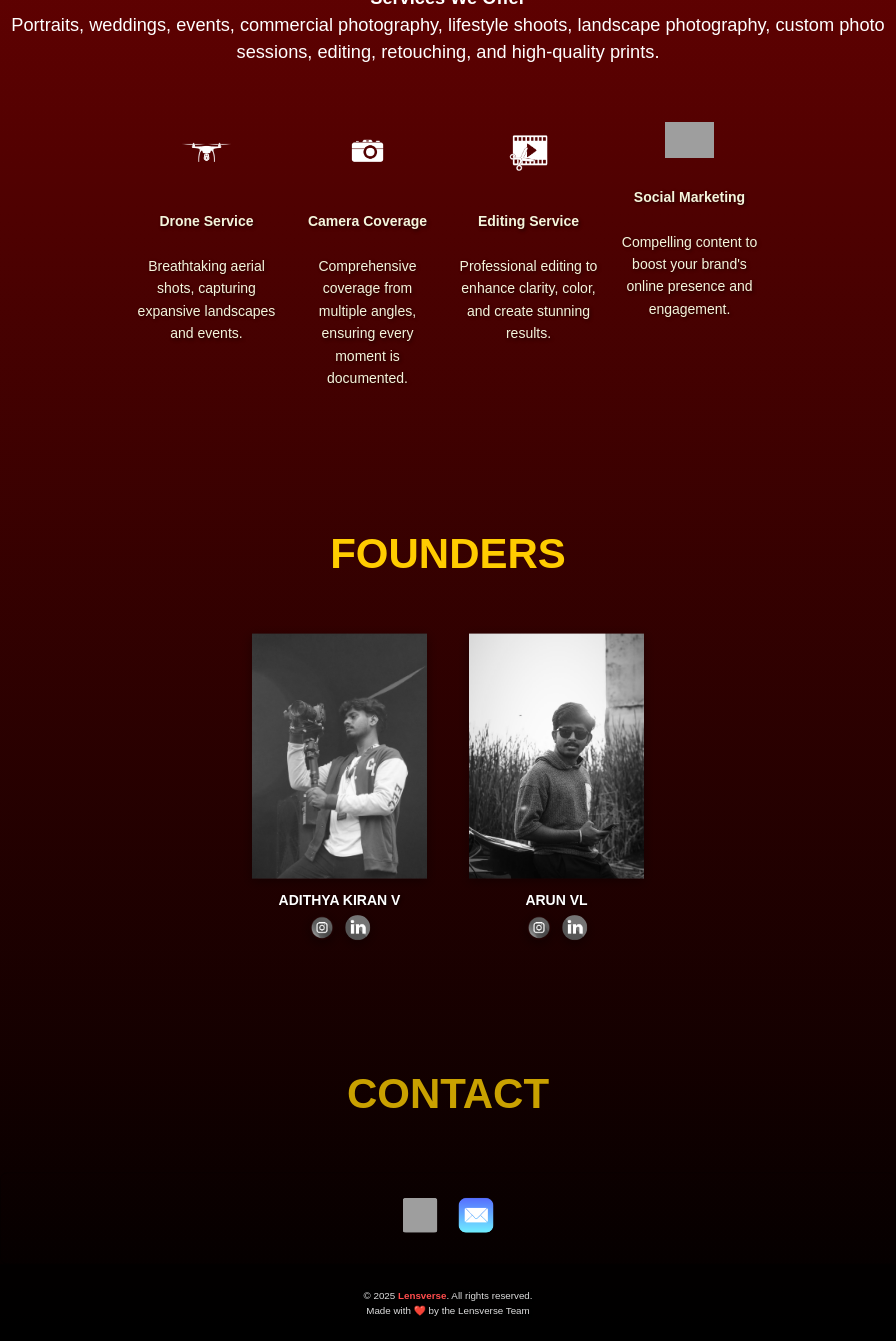
Repository: adithyakiran47/lensverse-frontend
Page: / (app in frontend/)
The author's editor kept a copy of each file at every save. The page is drawn from the files as they stood at one save, then again after the next save.
The browser window is 1280 px wide. The pictures show the part of the page from y = 1363 to 3283 px (the page is 3279 px tall before and 3283 px after), at 70% of full size.
Pictures or frames that could not be fetched are drawn as grey boxes. The project was rebuilt for these pictures with package versions that can differ from the ones it lists, and the page was loaded fresh each time. Also part of the build but not shown: frontend/src/components/BookingForm.js.

Above is the page before, as saved 2025-06-20 14:23:26.

### frontend/public/index.html
<!DOCTYPE html>
<html lang="en">
  <head>
    <meta charset="utf-8" />
    <link rel="icon" href="%PUBLIC_URL%/favicon.ico" />
    <meta name="viewport" content="width=device-width, initial-scale=1" />
    <meta name="theme-color" content="#000000" />
    <meta
      name="description"
      content="Web site created using create-react-app"
    />
    <link rel="apple-touch-icon" href="%PUBLIC_URL%/logo192.png" />
    <!--
      manifest.json provides metadata used when your web app is installed on a
      user's mobile device or desktop. See https://developers.google.com/web/fundamentals/web-app-manifest/
    -->
    <link rel="manifest" href="%PUBLIC_URL%/manifest.json" />
    <!--
      Notice the use of %PUBLIC_URL% in the tags above.
      It will be replaced with the URL of the `public` folder during the build.
      Only files inside the `public` folder can be referenced from the HTML.

      Unlike "/favicon.ico" or "favicon.ico", "%PUBLIC_URL%/favicon.ico" will
      work correctly both with client-side routing and a non-root public URL.
      Learn how to configure a non-root public URL by running `npm run build`.
    -->
    <title>React App</title>
  </head>
  <body>
    <noscript>You need to enable JavaScript to run this app.</noscript>
    <div id="root"></div>
    <!--
      This HTML file is a template.
      If you open it directly in the browser, you will see an empty page.

      You can add webfonts, meta tags, or analytics to this file.
      The build step will place the bundled scripts into the <body> tag.

      To begin the development, run `npm start` or `yarn start`.
      To create a production bundle, use `npm run build` or `yarn build`.
    -->
      <footer class="footer">
  <div class="footer-content">
    <p>© 2025 <strong>Lensverse</strong>. All rights reserved.</p>
    <p>Made with ❤️ by the Lensverse Team</p>
  </div>
</footer>

  </body>
</html>

### frontend/src/App.js
import React, { useState } from 'react';
import './App.css';

import Header from './components/Header';
import Banner from './components/Banner';
import About from './components/About';
import Services from './components/Services';
import Team from './components/Team';
import Contact from './components/Contact';
import BookingForm from './components/BookingForm';


function App() {
  const [showForm, setShowForm] = useState(false);

  return (
    <>
      <Header />
      <Banner onBookClick={() => setShowForm(true)} />
      <About />
      <Services />
      <Team />
      <Contact />

      {showForm && (
        <div className="popup-backdrop">
          <div className="popup-form">
            <button className="close-btn" onClick={() => setShowForm(false)}>✖</button>
            <BookingForm onSuccess={() => setShowForm(false)} />
          </div>
        </div>
      )}
    </>
  );
}

export default App;

### frontend/src/App.css
.App {
  text-align: center;
}

.App-logo {
  height: 40vmin;
  pointer-events: none;
}

@media (prefers-reduced-motion: no-preference) {
  .App-logo {
    animation: App-logo-spin infinite 20s linear;
  }
}

.App-header {
  background-color: #282c34;
  min-height: 100vh;
  display: flex;
  flex-direction: column;
  align-items: center;
  justify-content: center;
  font-size: calc(10px + 2vmin);
  color: white;
}

.App-link {
  color: #61dafb;
}

@keyframes App-logo-spin {
  from {
    transform: rotate(0deg);
  }
  to {
    transform: rotate(360deg);
  }
}
.popup-backdrop {
  position: fixed;
  top: 0;
  left: 0;
  height: 100%;
  width: 100%;
  background: rgba(0, 0, 0, 0.7);
  display: flex;
  align-items: center;
  justify-content: center;
  z-index: 999;
}

.popup-form {
  background: white;
  padding: 30px;
  border-radius: 10px;
  width: 500px;
  position: relative;
  box-shadow: 0 8px 20px rgba(0, 0, 0, 0.3);
}

.close-btn {
  position: absolute;
  top: 10px;
  right: 15px;
  background: none;
  border: none;
  font-size: 20px;
  cursor: pointer;
}
.banner {
  display: flex;
  justify-content: space-between;
  align-items: center;
  padding: 40px;
  max-width: 1200px;
  margin: auto;
}

.banner h2 {
  font-size: 2rem;
  margin-bottom: 10px;
}

.banner p {
  font-size: 1.1rem;
  margin-bottom: 20px;
}

.banner button {
  padding: 10px 20px;
  background-color: #003f70;
  color: white;
  border: none;
  border-radius: 5px;
  cursor: pointer;
  font-size: 1rem;
}

.banner img {
  max-width: 150px;
  height: auto;
}

.banner-left {
  flex: 1;
  padding-right: 20px;
}

.banner-right {
  flex: 0 0 200px;
  display: flex;
  justify-content: center;
  align-items: center;
}
/* App.css */
body {
  margin: 0;
  padding: 0;
  background: linear-gradient(to bottom, #a00202, #000000);
  font-family: 'Segoe UI', Tahoma, Geneva, Verdana, sans-serif;
  color: white;
}

.footer {
  background: rgba(0, 0, 0, 0.6);
  padding: 30px 20px;
  text-align: center;
  color: #ddd;
  font-family: "Montserrat", sans-serif;
  font-size: 14px;
  /*border-top: 1px solid rgba(255, 255, 255, 0.1);*/
}

.footer-content p {
  margin: 6px 0;
  text-shadow: 1px 1px 4px rgba(0, 0, 0, 0.5);
}

.footer-content strong {
  color: #ff4c4c;
}

### frontend/src/components/Header.js
// src/components/Header.js
import React from 'react';
import './Header.css'; // We'll create this next

const Header = () => {
  return (
    <div id="header">
      <div className="container">
        <div className="head1">
          <h1>LENSVERSE</h1>
        </div>
      </div>
    </div>
  );
};

export default Header;

### frontend/src/components/Banner.js
import React from 'react';
import './Banner.css';

const Banner = ({ onBookClick }) => {
  return (
    <div id="banner">
      <div className="container">
        <div className="banner-wrapper">
          <div className="banner-left">
            <h2 className="cap">Capturing every moment with precision</h2>
            <p>Lensverse, your coverage team in action!</p>
            <div className="from">
              <button onClick={onBookClick}>BOOK</button>
            </div>
          </div>
          <div className="banner-right">
            <img src="channel logo new transparent.png" alt="Lensverse Banner" />
          </div>
        </div>
      </div>
    </div>
  );
};

export default Banner;

### frontend/src/components/About.js
import React from 'react';
import './About.css';

const About = () => {
  return (
    <div id="about">
      <div className="container">
        <div className="about-wrapper">
          <div className="about-content">
            <h2>About Us - LENSVERSE</h2>
            <p><em>Live and breathe photography, capturing moments that tell stories and evoke emotions.</em></p>
            <ul>
              <li><b>Storytellers:</b> We capture moments that speak volumes.</li>
              <li><b>Creative Vision:</b> Blending tradition with innovation for unique images.</li>
              <li><b>Top-Tier Quality:</b> Using the latest gear for stunning, high-quality photos.</li>
            </ul>
          </div>
        </div>
      </div>
    </div>
  );
};

export default About;

### frontend/src/components/Services.js
// src/components/Services.js
import React from 'react';
import './Services.css';

const Services = () => {
  return (
    <div id="services">
      <div className="container">
        <div className="service-title">
          <h3>SERVICES</h3>
          <p><b>Services We Offer</b><br />
            Portraits, weddings, events, commercial photography, lifestyle shoots, landscape photography, custom photo sessions, editing, retouching, and high-quality prints.
          </p>
        </div>

        <div className="service-details">
          <div className="service-detail">
            <img src="/drone.png" alt="Drone Service" />
            <p><b>Drone Service</b><br /><br />Breathtaking aerial shots, capturing expansive landscapes and events.</p>
          </div>

          <div className="service-detail">
            <img src="/camera.png" alt="Camera Coverage" />
            <p><b>Camera Coverage</b><br /><br />Comprehensive coverage from multiple angles, ensuring every moment is documented.</p>
          </div>

          <div className="service-detail">
            <img src="/editing.png" alt="Editing Service" />
            <p><b>Editing Service</b><br /><br />Professional editing to enhance clarity, color, and create stunning results.</p>
          </div>

          <div className="service-detail">
            <img src="/social.png" alt="Social Marketing" />
            <p><b>Social Marketing</b><br /><br />Compelling content to boost your brand's online presence and engagement.</p>
          </div>
        </div>
      </div>
    </div>
  );
};

export default Services;

### frontend/src/components/Team.js
// src/components/Team.js
import React from 'react';
import './Team.css';

const Team = () => {
  return (
    <div id="team">
      <div className="container">
        <div className="members">
          <h4>FOUNDERS</h4>
          <div className="member service-details">

            <div className="kiran">
              <img src="IMG_0384.JPG" alt="Adithya Kiran V" />
              <h5>ADITHYA KIRAN V</h5>
              <div className="social">
                <a href="https://www.instagram.com/adithya.x/" target="_blank" rel="noreferrer">
                  <img src="/instagramlogo.png" alt="Instagram" />
                </a>
                <a href="https://linkedin.com" target="_blank" rel="noreferrer">
                  <img src="linkedin.png" alt="LinkedIn" />
                </a>
              </div>
            </div>

            <div className="vl">
              <img src="IMG_0383.JPG" alt="Arun VL" />
              <h6>ARUN VL</h6>
              <div className="social">
                <a href="https://www.instagram.com/__arun_vl__/" target="_blank" rel="noreferrer">
                  <img src="/instagramlogo.png" alt="Instagram" />
                </a>
                <a href="https://linkedin.com" target="_blank" rel="noreferrer">
                  <img src="linkedin.png" alt="LinkedIn" />
                </a>
              </div>
            </div>

          </div>
        </div>
      </div>
    </div>
  );
};

export default Team;

### frontend/src/components/Contact.js
// src/components/Contact.js
import React from 'react';
import './Contact.css';

const Contact = () => {
  return (
    <div id="contact">
      <div className="container">
        <div className="contactdetails">
          <h4>CONTACT</h4>
          <div className="contact-details">

            <div className="instapng">
              <a href="https://www.instagram.com/__lensverse__/" target="_blank" rel="noreferrer">
                <img src="/insta.png" alt="Instagram" />
              </a>
            </div>

            <div className="mailpng">
              <a href="mailto:lensversecontact@gmail.com">
                <img src="/mail.png" alt="Email" />
              </a>
            </div>

          </div>
        </div>
      </div>
    </div>
  );
};

export default Contact;

### frontend/src/components/Header.css
#header {
  background: rgba(255, 255, 255, 0.1); /* Light transparent white */
  backdrop-filter: blur(10px); /* Creates the frosted glass blur */
  -webkit-backdrop-filter: blur(10px); /* For Safari */
  padding: 15px 0;
  text-shadow: 2px 2px 5px rgba(0, 0, 0, 0.485);
  border-bottom: 1px solid rgba(255, 255, 255, 0.2); /* Optional border */
  box-shadow: 0 4px 10px rgba(0, 0, 0, 0.2); /* Optional soft shadow */
}

.head1 h1 {
  font-family: "Bebas Neue", sans-serif;
  font-size: 50px;
  color: white;
  transition: color 0.3s ease;
  text-align: center;
  margin: 0;
}

### frontend/src/components/Banner.css
#banner {
 /* background: linear-gradient(to bottom, #ff0000, #000000); /* Optional gradient */
  color: aliceblue;
  padding: 60px 20px;
  text-align: center; /* Center all content */
}

.banner-wrapper {
  display: flex;
  flex-direction: column; /* Stack content vertically */
  align-items: center;
  gap: 30px;
}

.banner-left .cap {
  font-size: 42px; /* Increased font size */
  font-weight: 600;
  margin-bottom: 20px;
  font-family: "Bebas Neue", sans-serif;
  text-shadow: 2px 2px 6px rgba(0, 0, 0, 0.5);
}

.banner-left p {
  font-size: 20px;
  margin-bottom: 30px;
  color: #ddd;
}

.from button {
  background-color: rgb(0, 55, 94);
  color: white;
  font-size: 18px;
  padding: 14px 28px;
  border: none;
  border-radius: 8px;
  cursor: pointer;
  transition: background-color 0.3s ease, transform 0.2s ease;
}

.from button:hover {
  background-color: rgb(0, 75, 120);
  transform: scale(1.05);
}

/* Banner image */
.banner-right img {
  max-width: 500px;
  height: auto;
  filter: drop-shadow(0 0 6px rgba(0, 0, 0, 0.3));
}

### frontend/src/components/About.css
#about {
  padding: 60px 20px;
  text-align: center;
}

.about-wrapper {
  max-width: 900px;
  margin: 0 auto;
  padding: 30px;
  background-color: rgb(88, 0, 0);
  border-radius: 10px;
  color: beige;
  text-shadow: 2px 2px 5px rgb(0, 0, 0);
  /*transition: background-color 0.3s ease, border 0.3s ease;*/
}


.about-content h2 {
  font-size: 40px;
  font-family: "Montserrat", sans-serif;
  margin-bottom: 20px;
}

.about-content p {
  font-size: 20px;
  font-family: "Montserrat", sans-serif;
  margin-bottom: 25px;
}

.about-content ul {
  list-style: none;
  padding-left: 0;
  font-size: 20px;
  font-family: "Montserrat", sans-serif;
}

.about-content li {
  margin-bottom: 12px;
}

### frontend/src/components/Services.css
/* Title Section */
.service-title {
  text-align: center;
  font-family: "Teko", sans-serif;
  margin-bottom: 40px;
}

.service-title h3 {
  font-size: 60px;
  color: rgb(255, 204, 0);
  margin: 20px 0 0 0;
}

.service-title p {
  color: #ffffff;
  font-size: 26px;
  margin-top: 10px;
  line-height: 1.5;
}

/* Services Container */
.service-details {
  display: flex;
  flex-wrap: wrap;
  justify-content: center;
  gap: 30px;
  padding: 40px 20px;
  /*background-color: rgba(205, 42, 45, 0.819);*/
  color: beige;
  font-family: "Montserrat", sans-serif;
  /*border-radius: 10px;
  border: 1px solid rgba(0, 0, 0, 0.397);*/
  text-shadow: 2px 2px 5px rgba(0, 0, 0, 0.485);
  transition: background-color 0.3s ease, border 0.3s ease;
}

/* Hover Effect */
/*.service-details:hover {
  background-color: rgba(253, 242, 241, 0.25);
  border: 1px solid rgba(0, 0, 0, 0.7);
  color: black;
}*/

/* Individual Card */
.service-detail {
  flex-basis: 200px;
  text-align: center;
  max-width: 250px;

}

.service-detail img {
  width: 70px;
  margin-bottom: 15px;
}

.service-detail p {
  font-size: 20px;
  line-height: 1.6;
}

### frontend/src/components/Team.css
#team {
  display: flex;
  justify-content: center;
  padding: 60px 20px;
  background-color: transparent;
  color: white;
  text-align: center;
}

.members h4 {
  font-family: "Teko", sans-serif;
  font-size: 60px;
  color: rgb(255, 204, 0);
  margin-bottom: 40px;
}

.member {
  display: flex;
  flex-wrap: wrap;
  justify-content: center;
  gap: 60px;
}

/* Each profile block */
.kiran, .vl {
  max-width: 280px;
}

.kiran img,
.vl img {
  width: 250px;
  height: 350px; /* Recommended size */
  object-fit: cover;
  /*border-radius: 12px;*/
  /*border: 1px solid rgba(255, 255, 255, 0.3);*/
  box-shadow: 0 4px 15px rgba(0, 0, 0, 0.4);
  filter: grayscale(100%);
  transition: filter 0.4s ease, transform 0.3s ease;
}

.kiran img:hover,
.vl img:hover {
  filter: grayscale(0%);
  transform: scale(1.03);
}

h5, h6 {
  font-size: 20px;
  margin: 15px 0 10px 0;
  font-family: "Montserrat", sans-serif;
  color: white;
}

.social {
  display: flex;
  justify-content: center;
  gap: 15px;
  margin-top: 10px;
}

.social img {
  width: 36px;
  height: 36px;
  border-radius: 50%;
  transition: transform 0.3s ease;
}

.social img:hover {
  transform: scale(1.2);
}

### frontend/src/components/Contact.css
.contactdetails {
  text-align: center;
  font-size: 60px;
  font-family: "Teko", sans-serif;
  color: rgb(201, 161, 0);
  margin-top: 40px;
}

.contact-details {
  display: flex;
  justify-content: center;
  gap: 30px;
  padding: 30px;
  margin-top: 20px;
  /*background-color: rgba(0, 0, 0, 0.819);*/
  border-radius: 10px;
  border: 1px solid rgba(0, 0, 0, 0.397);
  transition: background-color 0.3s ease, border 0.3s ease;
}

/*.contact-details:hover {
  background-color: rgba(253, 242, 241, 0.377);
  border: 1px solid rgba(0, 0, 0, 0.7);
}*/

.contact-details img {
  height: 50px;
  width: 50px;
  border-radius: 5px;
  transition: transform 0.2s ease;
}

.contact-details img:hover {
  transform: scale(1.1);
}

Loaded but not shown: frontend/src/index.js (common file); frontend/src/index.css (common file); frontend/src/reportWebVitals.js (common file)

After the next save:
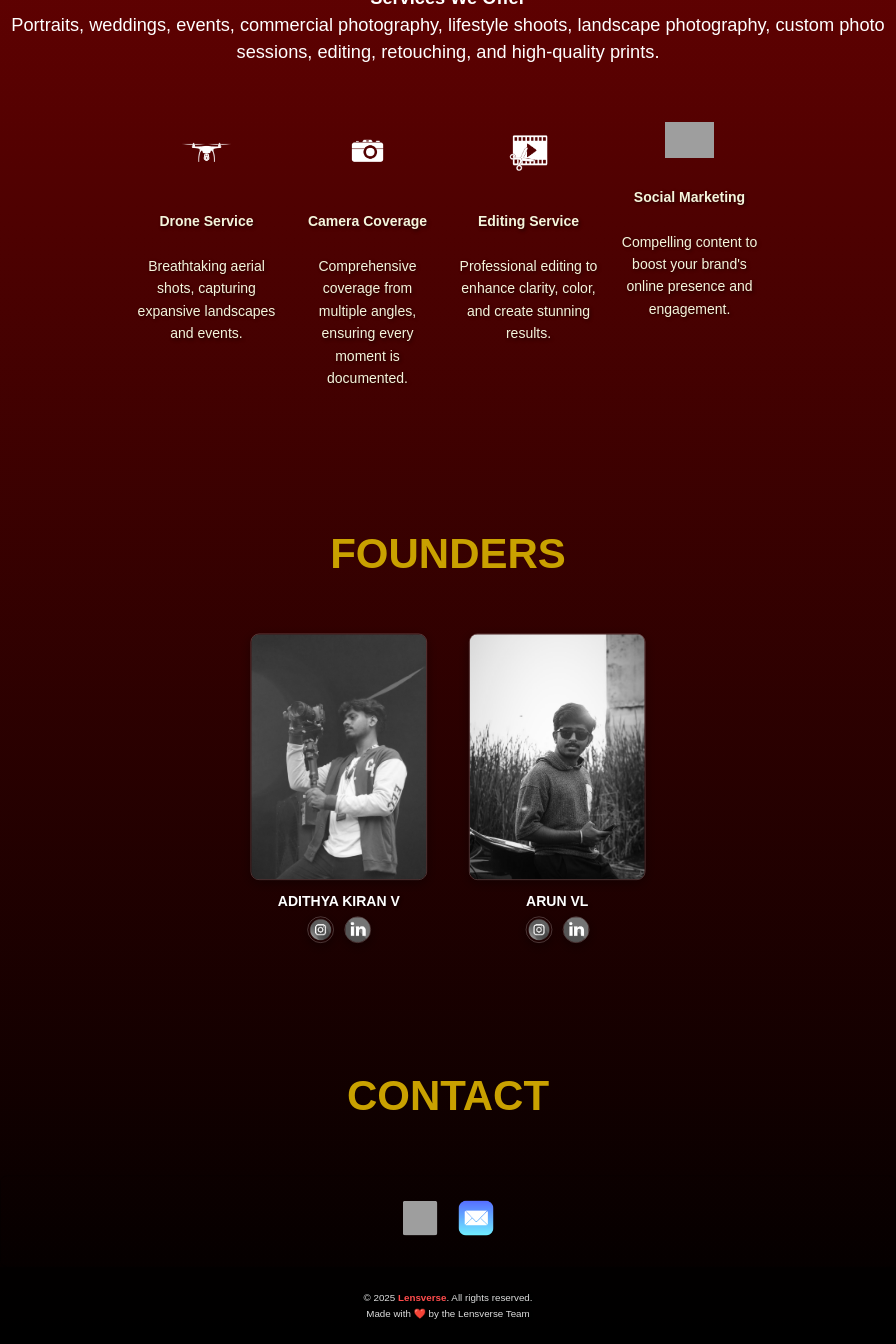
Saved 10 s later.
--- a/frontend/src/components/Team.css
+++ b/frontend/src/components/Team.css
@@ -10,7 +10,7 @@
 .members h4 {
   font-family: "Teko", sans-serif;
   font-size: 60px;
-  color: rgb(255, 204, 0);
+  color: rgb(201, 161, 0);
   margin-bottom: 40px;
 }
 
@@ -31,8 +31,8 @@
   width: 250px;
   height: 350px; /* Recommended size */
   object-fit: cover;
-  /*border-radius: 12px;*/
-  /*border: 1px solid rgba(255, 255, 255, 0.3);*/
+  border-radius: 12px;
+  border: 1px solid rgba(255, 255, 255, 0.3);
   box-shadow: 0 4px 15px rgba(0, 0, 0, 0.4);
   filter: grayscale(100%);
   transition: filter 0.4s ease, transform 0.3s ease;
